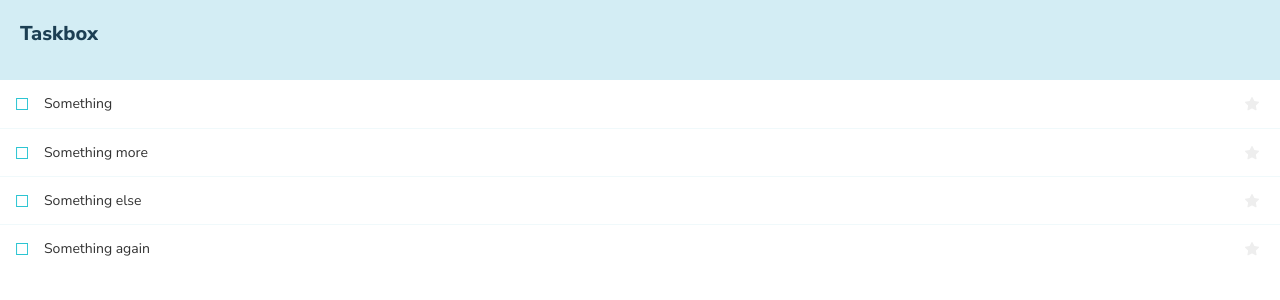
Repository: Sphinx7777/storyBook
Page: /
These files come from the project's save history. The page is drawn as it stood at one moment and after the next save; the edit follows.
The browser window is 1280 px wide. The pictures show the whole page.
The project was rebuilt for these pictures with package versions that can differ from the ones it lists, and the page was loaded fresh each time. Also part of the build but not shown: webpack.config.js.

Above is the page before, as saved 2020-06-26 16:39:28.

After the next save:
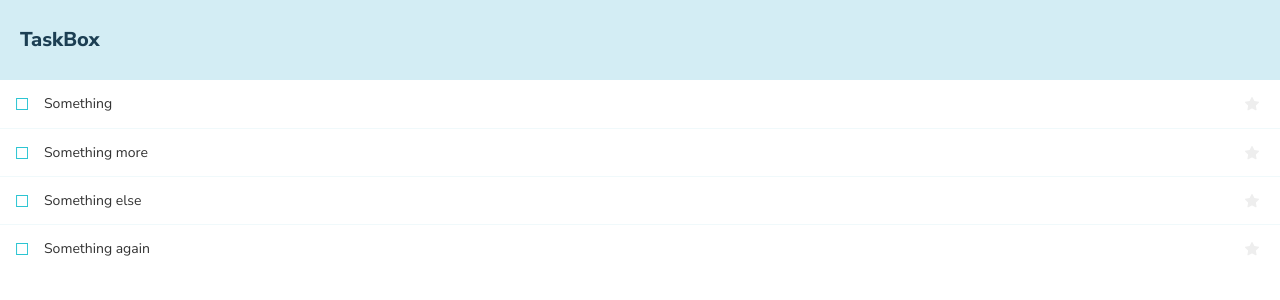
Saved 30 s later.
--- a/src/components/InboxScreen.js
+++ b/src/components/InboxScreen.js
@@ -21,7 +21,7 @@ export function InboxScreen({ error }) {
         <div className="page lists-show">
             <nav>
                 <h1 className="title-page">
-                    <a className="title-wrapper" href='http://localhost:9009/?path=/story/task--default'>Taskbox</a>
+                    <span className="title-wrapper">TaskBox</span>
                 </h1>
             </nav>
             <TaskList />
